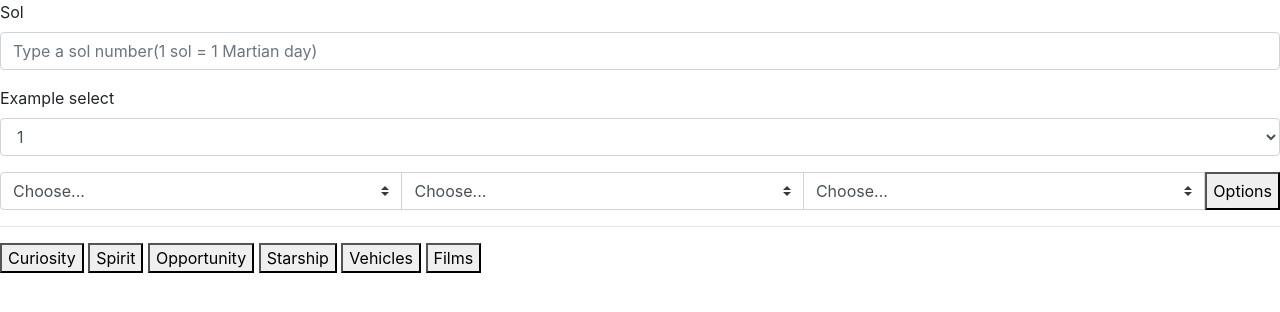
Repository: romqrq/Red-Planet-Explorer
Page: index.1.html
The author's editor kept a record of every edit. The page is drawn from the files as they stood at one moment, then again after the next edit.
The browser window is 1280 px wide. The pictures show the whole page.
Some web fonts or font styles are not loaded; a fallback is used. Some web libraries are served in a nearby version.

Above is the page before.

After the next edit:
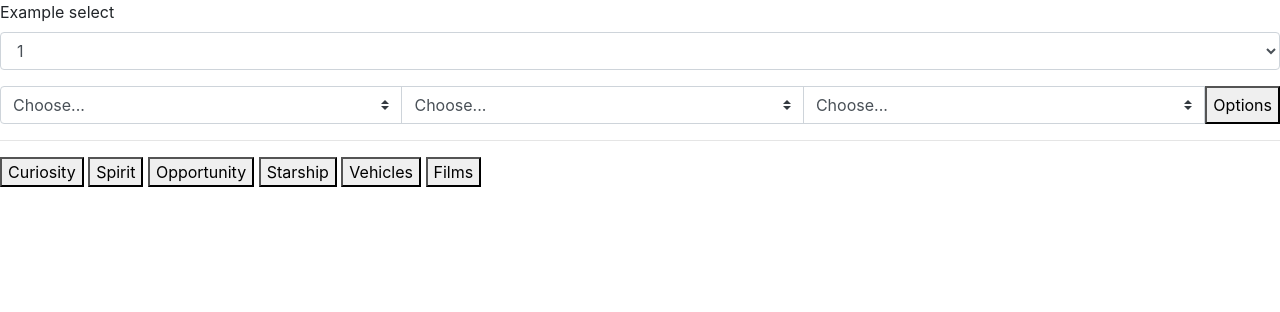
The edit:
--- a/index.1.html
+++ b/index.1.html
@@ -21,10 +21,7 @@
 <body>
 
     <form>
-        <div class="form-group">
-            <label for="exampleFormControlInput1">Sol</label>
-            <input type="text" class="form-control" id="solTextInput" placeholder="Type a sol number(1 sol = 1 Martian day)">
-        </div>
+
         <div class="form-group">
             <label for="exampleFormControlSelect1">Example select</label>
             <select class="form-control" id="exampleFormControlSelect1">
